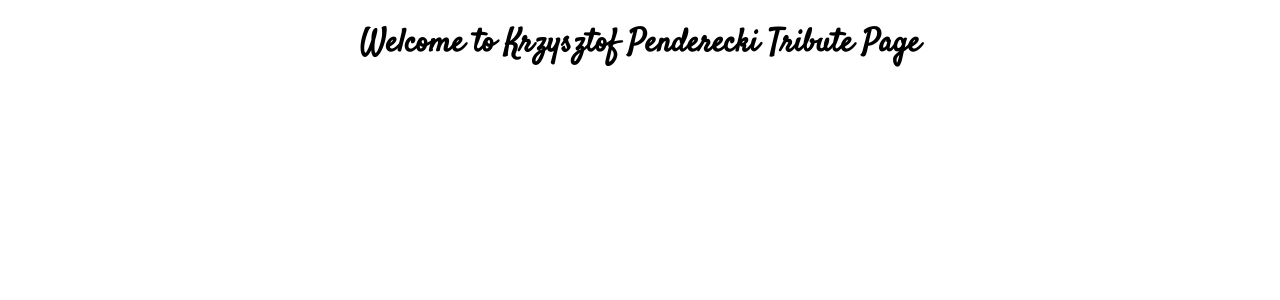
Repository: justynke/tribute_page
Page: index.html
These files come from the project's save history. The page is drawn as it stood at one moment and after the next save; the edit follows.
The browser window is 1280 px wide. The pictures show the whole page.

Above is the page before, as saved 2020-04-19 15:14:24.

After the next save:
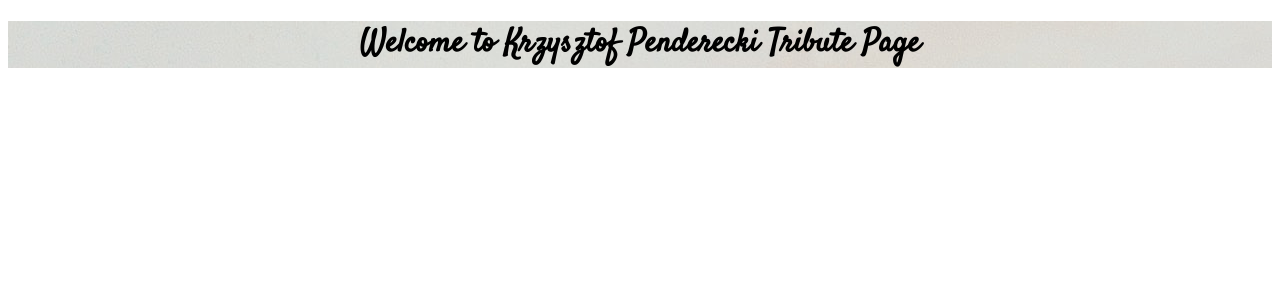
Saved 2 min 0 s later.
--- a/styles.css
+++ b/styles.css
@@ -1,4 +1,5 @@
 h1 {
     text-align: center;
     font-family: Satisfy;
+    background-image: url(images/background.jpg);
 }
